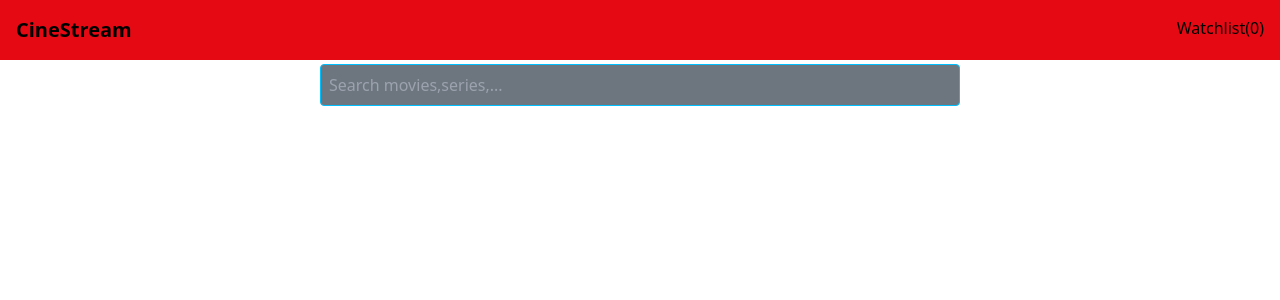
Repository: Reshmashameem31/Cine-Stream
Page: / (app in movie-project/)
An editor plug-in stored every save of this project. The page is shown before and after a run of saves, followed by the edit.
The browser window is 1280 px wide. The pictures show the whole page.
The project was rebuilt for these pictures with package versions that can differ from the ones it lists, and the page was loaded fresh each time. Also part of the build but not shown: movie-project/vite.config.js, movie-project/src/pages/WatchList.jsx.

Above is the page before, as saved 2025-08-15 17:46:27.

After the next 4 saves:
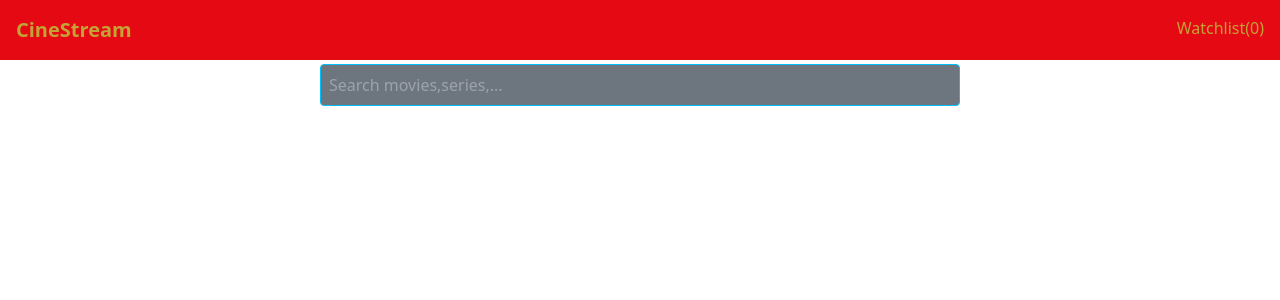
The 4 saves are shown as one change because they came seconds apart.
The last was saved 19 s later.
--- a/movie-project/src/pages/Navbar.jsx
+++ b/movie-project/src/pages/Navbar.jsx
@@ -3,7 +3,7 @@ import { Link } from 'react-router-dom'
 
 const Navbar = () => {
   return (
-    <nav className='p-4 bg-[#E50914] text-[#]  flex justify-between fixed w-full top-0'>
+    <nav className='p-4 bg-[#E50914] text-[#C5A236]  flex justify-between fixed w-full top-0'>
       <Link to="/" className='font-bold text-xl hover:text-[#00E5FF] '>CineStream</Link>
       <Link to="/watchlist" className='text-l hover:text-[#00E5FF]'>Watchlist(0)</Link>
     </nav>
